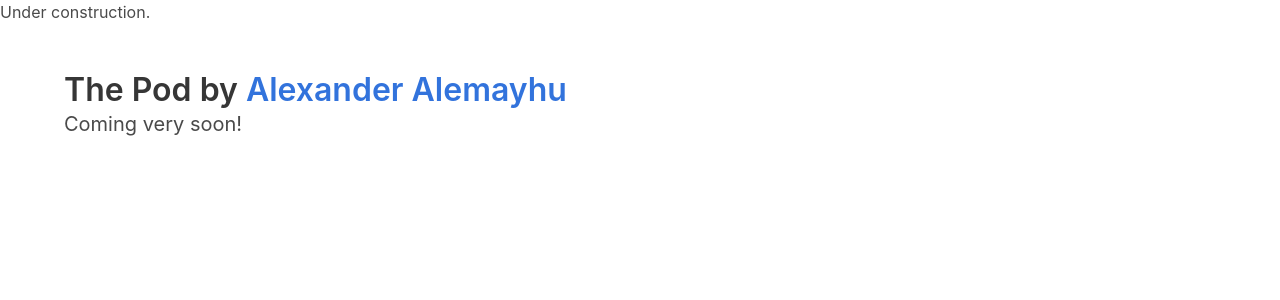
Repository: aalemayhu/podcast.alemayhu.com
Page: index.html
These files come from the project's save history. The page is drawn as it stood at one moment and after the next save; the edit follows.
The browser window is 1280 px wide. The pictures show the whole page.
Some web libraries are served in a nearby version.

Above is the page before, as saved 2020-03-07 22:48:05.

After the next save:
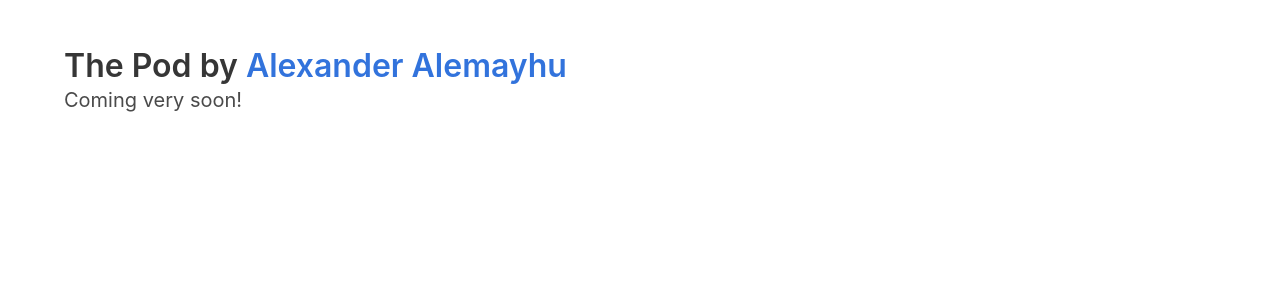
Saved 21 s later.
--- a/index.html
+++ b/index.html
@@ -1,5 +1,3 @@
-Under construction.
-
 <!DOCTYPE html>
 <html>
   <head>
